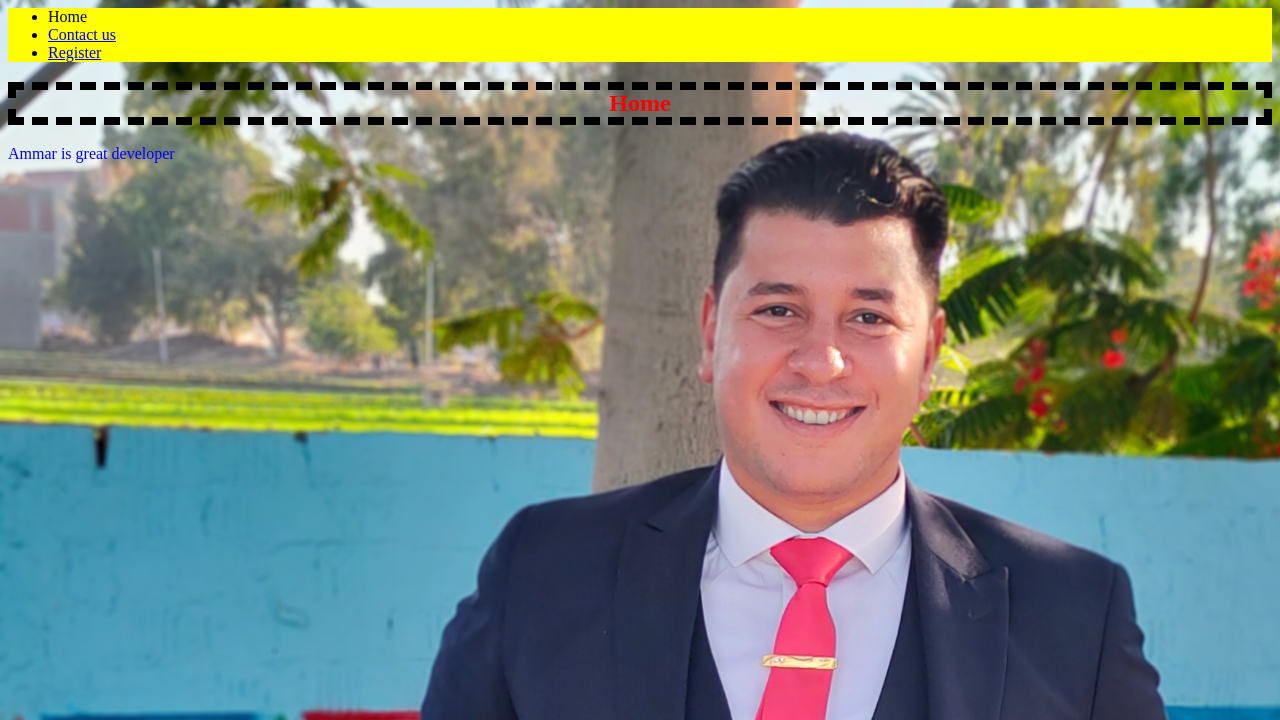
Repository: engammar111/css
Page: index.html
The author's editor kept a copy of each file at every save. The page is drawn from the files as they stood at one save, then again after the next save.
The browser window is 1280 px wide. The pictures show the whole page.

Above is the page before, as saved 2021-07-31 16:08:27.

After the next save:
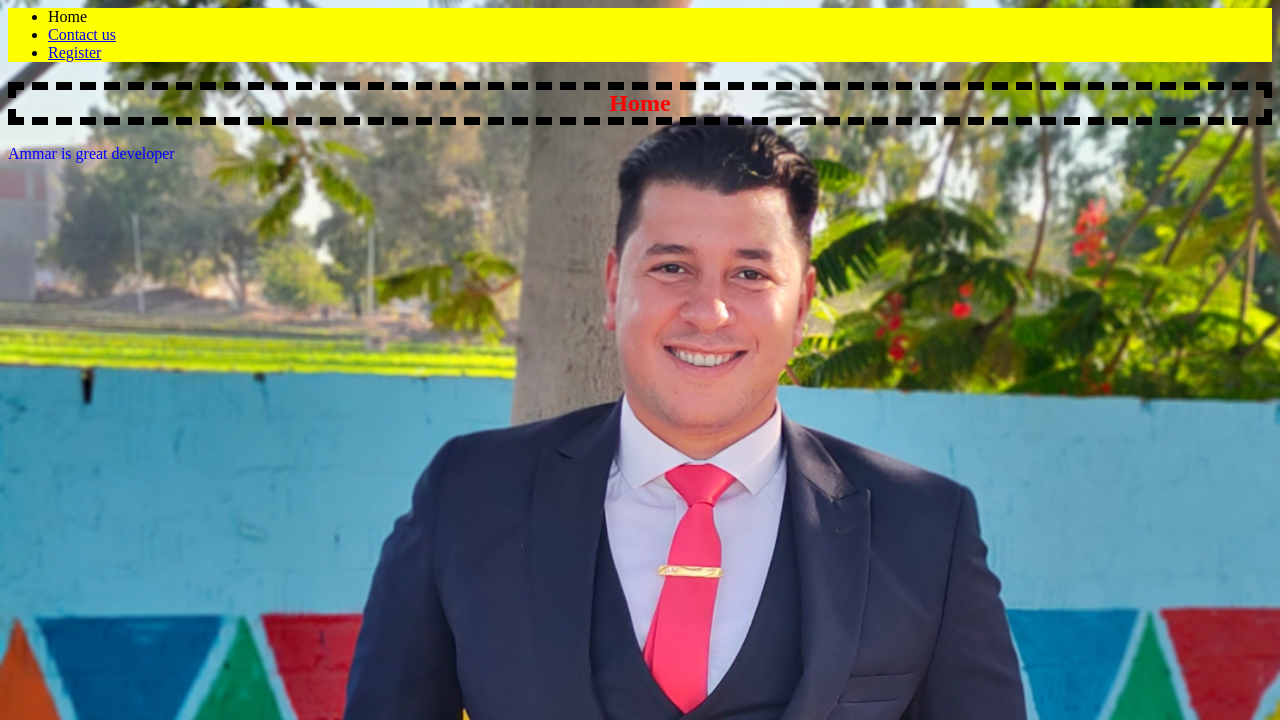
Saved 6 s later.
--- a/style.css
+++ b/style.css
@@ -4,7 +4,7 @@
 
 body {
   background-image: url(myimage.jpg);
-  background-size: auto;
+  background-size: cover;
 }
 
 header {
